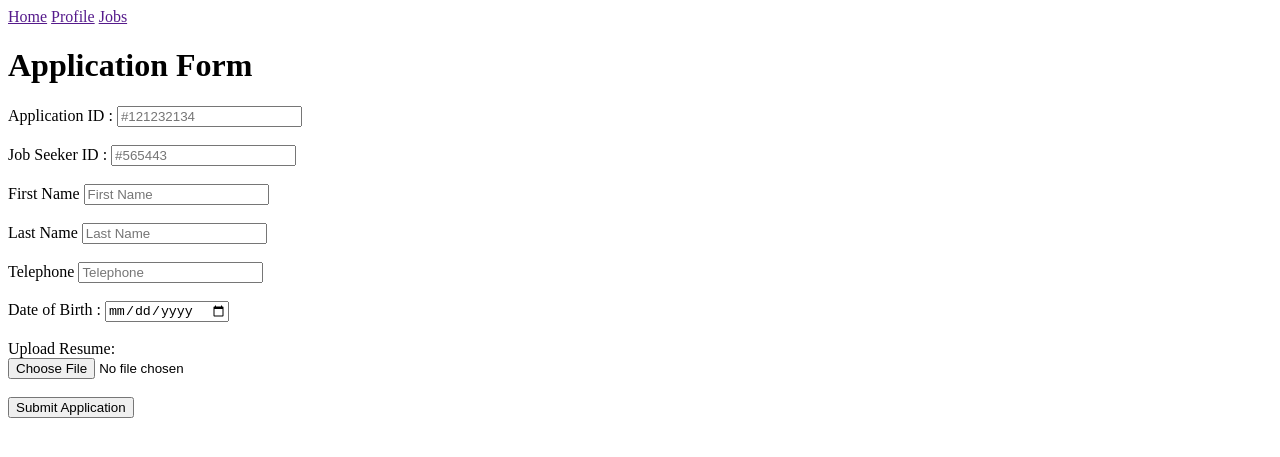
Repository: IT21221064/JobPortal
Page: http://localhost/JobApp/applicationForm.jsp
The author's editor kept a copy of each file at every save. The page is drawn from the files as they stood at one save, then again after the next save.
The browser window is 1280 px wide. The pictures show the whole page.
The page is served by Tomcat 9.

Above is the page before, as saved 2023-07-15 17:44:06.

After the next save:
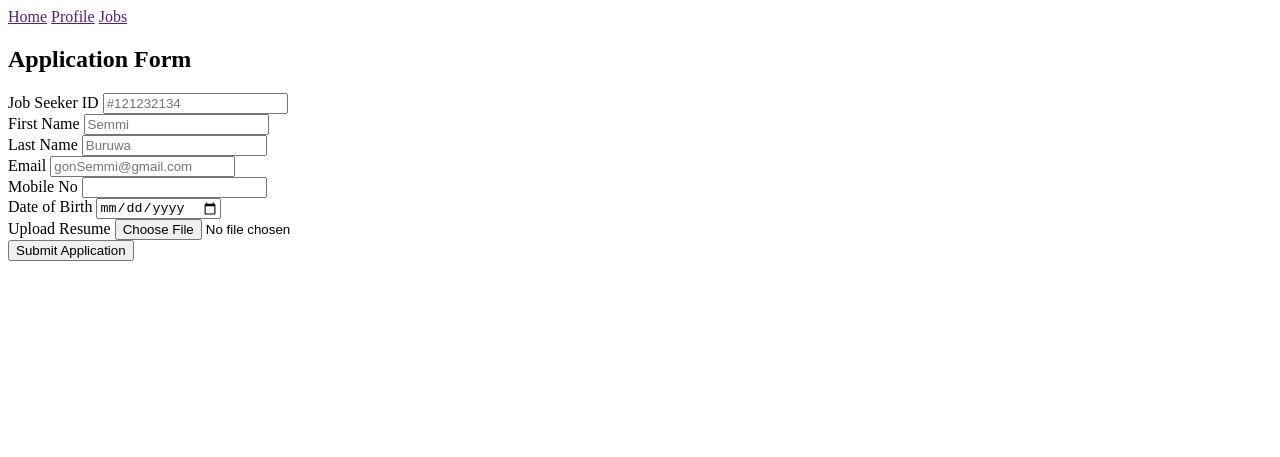
Saved 86 s later.
--- a/Project/JobApp/src/main/webapp/applicationForm.jsp
+++ b/Project/JobApp/src/main/webapp/applicationForm.jsp
@@ -8,34 +8,60 @@
 </head>
 <body>
 <%@include file="nav.html" %>
-<form method="post" action="#">
-<h1>Application Form</h1>
-<label for="aID">Application ID : </label>
-<input type="text" name="aID" id="aID" placeholder="#121232134"><br><br>
+<section class="d-flex flex-column min-vh-100 justify-content-center align-items-center">
+<div class="container p-5">
+			<div class="row">
+				<div class="rounded shadow bg-white">
+					<div class="row">
+						<div class="col-md-6">
+							<div class="m-5">
+								<h1>Application Form</h1>
+							</div>
 
-<label for="jID">Job Seeker ID : </label>
-<input type="text" name="jID" id="jID" placeholder="#565443"><br><br>
+							<form class="m-5">
 
- <input value="id" type="hidden" name="user_id"/>
-               <label>First Name</label>
-               <input name="fname" class="form-control" placeholder="First Name" /><br><br>
 
-               <label>Last Name</label>
-               <input name="lname"  class="form-control" placeholder="Last Name" /><br><br>
+								<div class="mb-3">
+									<label class="form-label" for="jID">Job Seeker ID</label>
+									<input class="form-control" type="text" id="jID" placeholder="#121232134" />
+								</div>
+								<div class="mb-3">
+									<label class="form-label" for="fname">First Name</label>
+									<input class="form-control" type="text" id="fname" placeholder="Semmi" />
+								</div>
+								<div class="mb-3">
+									<label class="form-label" for="lname">Last Name</label>
+									<input class="form-control" type="text" id="lname" placeholder="Buruwa" />
+								</div>
+								<div class="mb-3">
+									<label class="form-label" for="email">Email</label>
+									<input class="form-control" type="email" id="Email" placeholder="gonSemmi@gmail.com" />
+								</div>
+								<div class="mb-3">
+									<label class="form-label" for="mNO">Mobile No</label>
+									<input class="form-control" type="text" id="mNO" />
+								</div>
+								<div class="mb-3">
+									<label class="form-label" for="dob">Date of Birth</label>
+									<input class="form-control" type="date" id="dob" />
+								</div>
+								<div class="mb-3">
+									<label class="form-label" for="cv">Upload Resume</label>
+									<input class="form-control" type="file" id="cv" />
+								</div>
+									<div>
+										<input type="submit" value="Submit Application" class="btn btn-primary mt-3">
+									</div>
+							</form>
+						</div>
+					</div>
+				</div>
+			</div>
+		</div>
 
-               <label>Telephone</label>
-               <input name="tp" class="form-control" type="number" placeholder="Telephone" /><br><br>
 
-<label for ="dob">Date of Birth : </label>
-<input type="date" name="dob" id="dob"><br><br>
+</section>
 
-<label for="cv">Upload Resume: </label><br>
-
-<input type="file" name="cv" id="cv"><br><br>
-
-<input type="submit" value="Submit Application"><br><br>
-
-</form>
 
 </body>
 </html>
